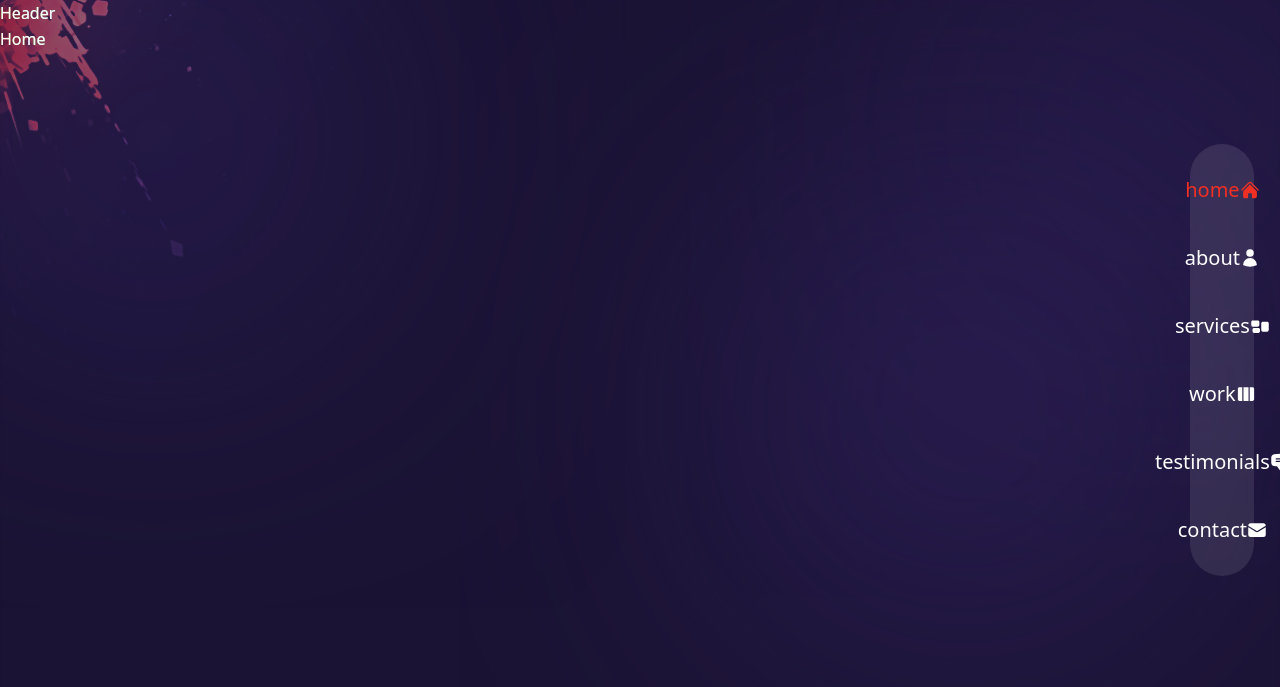
Repository: AchourMaryem/My-personal-portfolio
Page: /
The author's editor kept a copy of each file at every save. The page is drawn from the files as they stood at one save, then again after a run of saves.
The browser window is 1280 px wide. The pictures show the whole page.
The project was rebuilt for these pictures with package versions that can differ from the ones it lists, and the page was loaded fresh each time. The framework's server and built-in components were replaced by stand-ins that run in the browser. Also part of the build but not shown: next.config.js.

Above is the page before, as saved 2023-09-21 12:34:32.

After the next 5 saves:
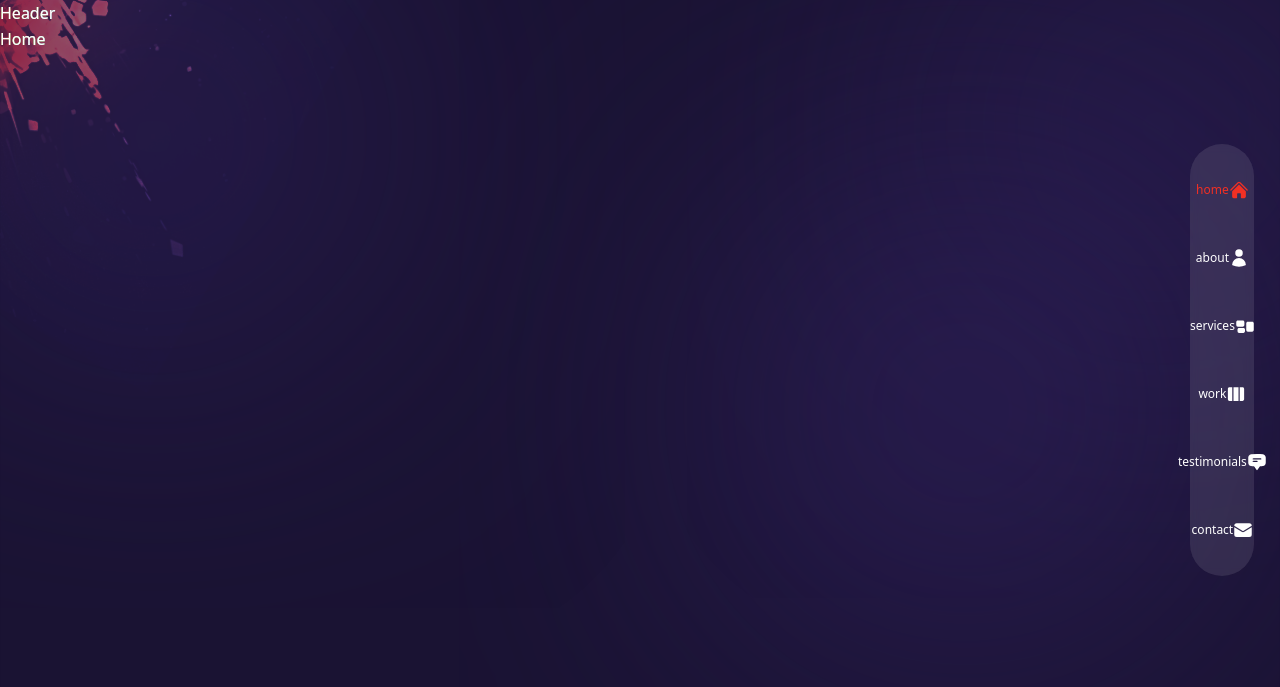
The 5 saves are shown as one change because they came seconds apart.
The last was saved 12 s later.
--- a/components/Nav.js
+++ b/components/Nav.js
@@ -43,7 +43,7 @@ const Nav = () => {
           >
 
           {/* tooltip */}
-          <div className='text'>{link.name} </div>
+          <div className='text-[12px]'>{link.name} </div>
          <div> {link.icon}</div>
 
         </Link>
